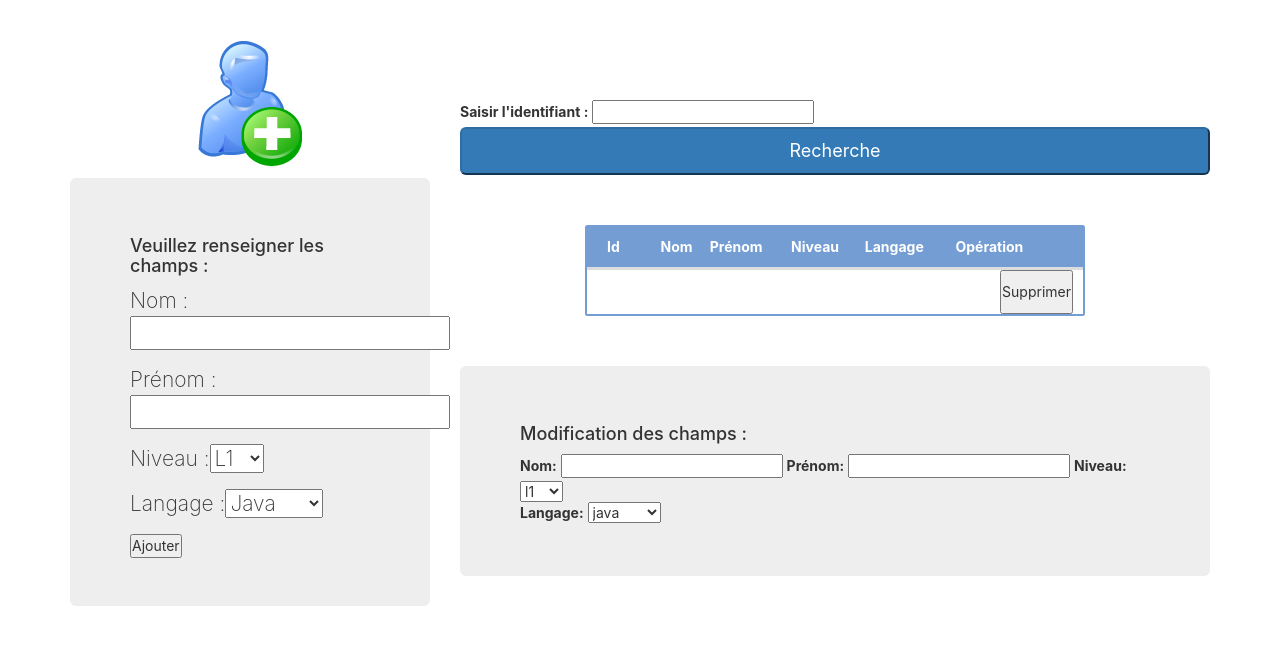
Repository: imouahrani/Gestion-des-stagiaires_JAVAEE
Page: http://localhost/Espace_Stagiaire/TraiteAjout
These files come from the project's save history. The page is drawn as it stood at one moment and after the next save; the edit follows.
The browser window is 1280 px wide. The pictures show the whole page.
The page is served by Tomcat 9. Other server files are loaded and not shown. Queries for data that is not in the repository find no rows.

Above is the page before, as saved 2018-07-26 14:02:07.

### Formation Java Entreprise Edition/Espace Stagiaire/WebContent/AjoutStagiaire.jsp
<%@page import="dz.espacestagiaire.bean.Stagiaire"%>
<%@page import="dz.espacestagiaire.servlet.TraiteStagiaire"%>
<%@page import="java.util.List"%>
<%@ page language="java" contentType="text/html; charset=UTF-8"
	pageEncoding="UTF-8"%>
<!DOCTYPE html PUBLIC "-//W3C//DTD HTML 4.01 Transitional//EN" "http://www.w3.org/TR/html4/loose.dtd">

<html lang="en">
<head>
<meta http-equiv="X-UA-Compatible" content="IE=edge">
<meta name="viewport" content="width=device-width, initial-scale=1">
<!-- The above 3 meta tags *must* come first in the head; any other head content must come *after* these tags -->
<title>Bootstrap 101 Template</title>

<!-- Bootstrap -->
<link href="Assets/css/bootstrap.min.css" rel="stylesheet">
<link href="Assets/css/extable.css" rel="stylesheet">
<!-- HTML5 shim and Respond.js for IE8 support of HTML5 elements and media queries -->
<!-- WARNING: Respond.js doesn't work if you view the page via file:// -->
<!--[if lt IE 9]>
      <script src="https://oss.maxcdn.com/html5shiv/3.7.3/html5shiv.min.js"></script>
      <script src="https://oss.maxcdn.com/respond/1.4.2/respond.min.js"></script>
    <![endif]-->
</head>
<body>
	<br>
	<br>
	<div class="container">
		<div class="row">
			<div class="col-md-4">
				<div class="text-center">
					<p>
						<img src="Images/add-user.png">
					</p>
				</div>
				<div class="jumbotron">
					<h4>Veuillez renseigner les champs :</h4>
					<form action="TraiteAjout" method="post">
						<p>
							Nom :<input type="text" name="nomstg" />
						</p>
						<p>
							Prénom :<input type="text" name="prenomstg" />
						</p>
						<p>
							Niveau :<select name="niveau">
								<option>L1</option>
								<option>L2</option>
								<option>L3</option>
								<option>M1</option>
								<option>M2</option>
							</select>
						</p>
						<p>
							Langage :<select name="langage">
								<option>Java</option>
								<option>Android</option>
								<option>Java EE</option>
							</select>
						</p>
						<input type="submit" value="Ajouter" name="ajouter" />
					</form>

				</div>
			</div>
			<div class="col-md-8">
				<br> <br> <br>
				<form action="TraiteRecherche" method="post">
					<label>Saisir l'identifiant : </label> <input type="number"
						name="recherche" />
					<button class="btn-lg btn-primary btn-block" type="submit"
						name="rechercher" value="rechercher">Recherche</button>
					<table>
						<thead>
							<tr>
								<th>Id</th>
								<th>Nom</th>
								<th>Prénom</th>
								<th>Niveau</th>
								<th>Langage</th>
								<th>Opération</th>
							</tr>
						</thead>
						<tbody>
							<tr>
								<%
									Stagiaire stg = (Stagiaire) request.getAttribute("i");
								%>
								<td>${i.idstg }</td>
								<td>${i.nomstg }</td>
								<td>${i.prenomstg }</td>
								<td>${i.niveau }</td>
								<td>${i.langage }</td>


								<td>

									<form action="TraiteRecherche" method="post">

										<input type="hidden" name="idstg" value="${i.idstg }">
										<input type="hidden" name="supprimer" value="supprimer">





									</form> <input type="submit" name="supprimer" value="Supprimer" />
								</td>
							</tr>
						</tbody>
					</table>
				</form>

				<div class="jumbotron">
					<h4>Modification des champs :</h4>
					<form action="TraiteRecherche" method="post">


						<label>Nom:</label> <input type="text" name="nomstg" value="${i.nomstg}"> <label>Prénom:</label>
						<input type="text" name="prenomstg" value ="${i.prenomstg }">


						<label>Niveau:</label>
						<select name ="niveau">
						<option>l1</option>
						<option>l2</option>
						<option>l3</option>
						<option>m1</option>
						<option>m2</option>





						</select><br>


						 <label>Langage:</label>
						<select type="text" name="langage">
						<option>java</option>
						<option>android</option>
						<option>javaee</option>
						</select>





					</form>


				</div>
			</div>
		</div>
	</div>

	<!-- jQuery (necessary for Bootstrap's JavaScript plugins) -->
	<script
		src="https://ajax.googleapis.com/ajax/libs/jquery/1.12.4/jquery.min.js"></script>
	<!-- Include all compiled plugins (below), or include individual files as needed -->
	<script src="Assets/js/bootstrap.min.js"></script>
</body>
</html>

### Formation Java Entreprise Edition/Espace Stagiaire/src/dz/espacestagiaire/servlet/TraiteAjout.java
package dz.espacestagiaire.servlet;
import dz.espacestagiaire.modele.*;


import java.io.IOException;

import javax.servlet.ServletException;
import javax.servlet.http.HttpServlet;
import javax.servlet.http.HttpServletRequest;
import javax.servlet.http.HttpServletResponse;

import dz.espacestagiaire.bean.Stagiaire;
import dz.espacestagiaire.modele.MajStagiaire;

public class TraiteAjout extends HttpServlet {

	@Override
	protected void doGet(HttpServletRequest req, HttpServletResponse resp)
			throws ServletException, IOException {

		String nom, prenom, niveau, langage;
		nom = req.getParameter("nomstg");
		prenom = req.getParameter("prenomstg");
		niveau = req.getParameter("niveau");
		langage = req.getParameter("langage");

		Stagiaire stg = new Stagiaire();
		stg.setNomstg(nom);
		stg.setPrenomstg(prenom);
		stg.setNiveau(niveau);
		stg.setLangage(langage);
		MajStagiaire ms = new MajStagiaire();
		ms.AjoutStg(stg);


		TraiteStagiaire ts = new TraiteStagiaire();
		req.setAttribute("liste", ts);
		RecupererStagiaire rs = new RecupererStagiaire();
		req.setAttribute("ListeStagiaire", rs.getStagiaires());

		this.getServletContext().getRequestDispatcher("/AjoutStagiaire.jsp").forward(req, resp);




	}
@Override
protected void doPost(HttpServletRequest req, HttpServletResponse resp)
		throws ServletException, IOException {
	doGet(req, resp);
}
}

### Formation Java Entreprise Edition/Espace Stagiaire/src/dz/espacestagiaire/bean/Stagiaire.java
package dz.espacestagiaire.bean;

public class Stagiaire {

	private int idstg;
	private String nomstg, prenomstg, niveau, langage;
	public int getIdstg() {
		return idstg;
	}
	public void setIdstg(int idstg) {
		this.idstg = idstg;
	}
	public String getNomstg() {
		return nomstg;
	}
	public void setNomstg(String nomstg) {
		this.nomstg = nomstg;
	}
	public String getPrenomstg() {
		return prenomstg;
	}
	public void setPrenomstg(String prenomstg) {
		this.prenomstg = prenomstg;
	}
	public String getNiveau() {
		return niveau;
	}
	public void setNiveau(String niveau) {
		this.niveau = niveau;
	}
	public String getLangage() {
		return langage;
	}
	public void setLangage(String langage) {
		this.langage = langage;
	}
	public Stagiaire() {
		super();
		// TODO Auto-generated constructor stub
	}
	public Stagiaire(int idstg, String nomstg, String prenomstg, String niveau,
			String langage) {
		super();
		this.idstg = idstg;
		this.nomstg = nomstg;
		this.prenomstg = prenomstg;
		this.niveau = niveau;
		this.langage = langage;
	}

}

### Formation Java Entreprise Edition/Espace Stagiaire/src/dz/espacestagiaire/modele/MajStagiaire.java
package dz.espacestagiaire.modele;

import dz.espacestagiaire.bean.Stagiaire;
import java.sql.*;

public class MajStagiaire {
	Connecter connect = new Connecter();
	PreparedStatement stat;
	Statement sta;

	public void AjoutStg(Stagiaire stg) {

		String s = "insert into stagiaire(nomstg,prenomstg,niveau,langage) values(?,?,?,?)";
		try {
			stat = connect.connecterbase().prepareStatement(s);
			stat.setString(1, stg.getNomstg());
			stat.setString(2, stg.getPrenomstg());
			stat.setString(3, stg.getNiveau());
			stat.setString(4, stg.getLangage());
			stat.execute();
			System.out.println("ajout réussi");
		} catch (SQLException e) {
			e.printStackTrace();
			System.err.println("échec d'insertion");
		}

	}

	// supprission d'un stagiaire
	public void SupprimerStg(int idstgg) {
		try {
			sta = connect.connecterbase().createStatement();
			sta.executeUpdate("delete from stagiaire where idstg='" + idstgg
					+ "'");
			System.out.println("Supprission réussie!");
		} catch (SQLException e) {
			// TODO Auto-generated catch block
			e.printStackTrace();
			System.err.println("Echec de supprission" + e.getMessage());
		}
	}

	public Stagiaire RechercherStg(int idstgs) {
		Stagiaire stg = new Stagiaire();
		try {
			sta = connect.connecterbase().createStatement();
			ResultSet res = sta
					.executeQuery("select * from stagiaire where idstg='"
							+ idstgs + "'");

			while (res.next()) {
				stg.setIdstg(res.getInt("idstg"));

				stg.setNomstg(res.getString("nomstg"));
				stg.setPrenomstg(res.getString("prenomstg"));
				stg.setNiveau(res.getString("niveau"));
				stg.setLangage(res.getString("langage"));

			}

		} catch (SQLException e) {
			// TODO Auto-generated catch block
			e.printStackTrace();
		}
		return stg;

	}

	public void modifierStagiaire(int id, Stagiaire stg) {
		try {
			sta = connect.connecterbase().createStatement();
			sta.executeUpdate("update stagiaire set nomstg = '" + stg.getNomstg()
					+ "',prenomstg ='" + stg.getPrenomstg() + "',niveau ='"
					+ stg.getNiveau() + "',langage ='" + stg.getLangage()
					+ "' where idstg ='" + id+"'");
			System.out.println("modif reussie !");

		} catch (Exception e) {
			System.err.println("echec !"+e.getMessage());
		}

	}

	public static void main(String[] args) {

		MajStagiaire m = new MajStagiaire();
		Stagiaire stg = new Stagiaire();
		stg.setNomstg("imene") ;
		stg.setPrenomstg("imene");
		stg.setNiveau("l2");
		stg.setLangage("java");
		MajStagiaire ms = new MajStagiaire();
		ms.modifierStagiaire(12, stg);


	}
}

### Formation Java Entreprise Edition/Espace Stagiaire/src/dz/espacestagiaire/modele/Connecter.java
package dz.espacestagiaire.modele;

import java.sql.*;

import dz.espacestagiaire.bean.Stagiaire;

public class Connecter {
	Connection connecte;

	public Connecter() {


		try {

			Class.forName("com.mysql.jdbc.Driver");
			System.out.println("Connexion au serveur réussie");

		} catch (Exception e) {
			System.err.println("echec de connexion" + e.getMessage());
		}

		try {

			connecte = DriverManager.getConnection(
					"jdbc:mysql://localhost:3306/espace_stagiaire", "root", "");
			System.out.println("Connexion a la base réussie");

		} catch (Exception e) {
			System.err.println("echec de connexion a la base de donnees" + e.getMessage());

		}
	}
	public Connection connecterbase() {

		return connecte;

	}

}

### Formation Java Entreprise Edition/Espace Stagiaire/src/dz/espacestagiaire/modele/RecupererStagiaire.java
package dz.espacestagiaire.modele;

import dz.espacestagiaire.bean.Stagiaire;

import java.awt.*;
import java.sql.ResultSet;
import java.sql.SQLException;
import java.util.ArrayList;
import java.util.List;

public class RecupererStagiaire {

	public List<Stagiaire> getStagiaires() {
		List<Stagiaire> listesta = new ArrayList<Stagiaire>();

		java.sql.Statement sta;
		ResultSet resultat;
		Connecter connect = new Connecter();
		try {
			sta = connect.connecterbase().createStatement();
			resultat = sta.executeQuery("select * from stagiaire");
			while (resultat.next()) {

				int idstg = (int) resultat.getObject("idstg");
				String nomstg = (String) resultat.getObject("nomstg");
				String prenomstg = (String) resultat.getObject("prenomstg");
				String niveau = (String) resultat.getObject("niveau");
				String langage = (String) resultat.getObject("langage");

				Stagiaire stg = new Stagiaire();
				stg.setIdstg(idstg);
				stg.setNomstg(nomstg);
				stg.setPrenomstg(prenomstg);
				stg.setNiveau(niveau);
				stg.setLangage(langage);

				listesta.add(stg);

			}

		} catch (SQLException e) {
		}

		return listesta;
	}

}

### Formation Java Entreprise Edition/Espace Stagiaire/WebContent/Assets/css/extable.css
@CHARSET "UTF-8";
* {
  margin: 0;
  padding: 0;
  box-sizing: border-box;
}

body {
  font-family: -apple-system, BlinkMacSystemFont, "Segoe UI", Roboto, "Helvetica Neue", Arial, sans-serif;
  color: #333;

}

table {
  text-align: center;
  line-height: 40px;
  border-collapse: separate;
  border-spacing: 0;
  border: 2px solid #749dd4;
  width: 500px;
  margin: 50px auto;
  border-radius: .25rem;
}

thead tr:first-child {
  background: #749dd4;
  color: #fff;
  border: none;
}

th:first-child,
td:first-child {
  padding: 0 15px 0 20px;
}

thead tr:last-child th {
  border-bottom: 3px solid #ddd;
}

tbody tr:hover {
  background-color: #f2f2f2;
  cursor: default;
}

tbody tr:last-child td {
  border: none;
}

tbody td {
  border-bottom: 1px solid #ddd;
}

td:last-child {
  text-align: right;
  padding-right: 10px;
}

.button {
  color: #aaa;
  cursor: pointer;
  vertical-align: middle;
  margin-top: -4px;
}

.edit:hover {
  color: #0a79df;
}

.delete:hover {
  color: #dc2a2a;
}

Loaded but not shown: Formation Java Entreprise Edition/Espace Stagiaire/WebContent/Assets/css/bootstrap.min.css (library); Formation Java Entreprise Edition/Espace Stagiaire/WebContent/Assets/js/bootstrap.min.js (library)

After the next save:
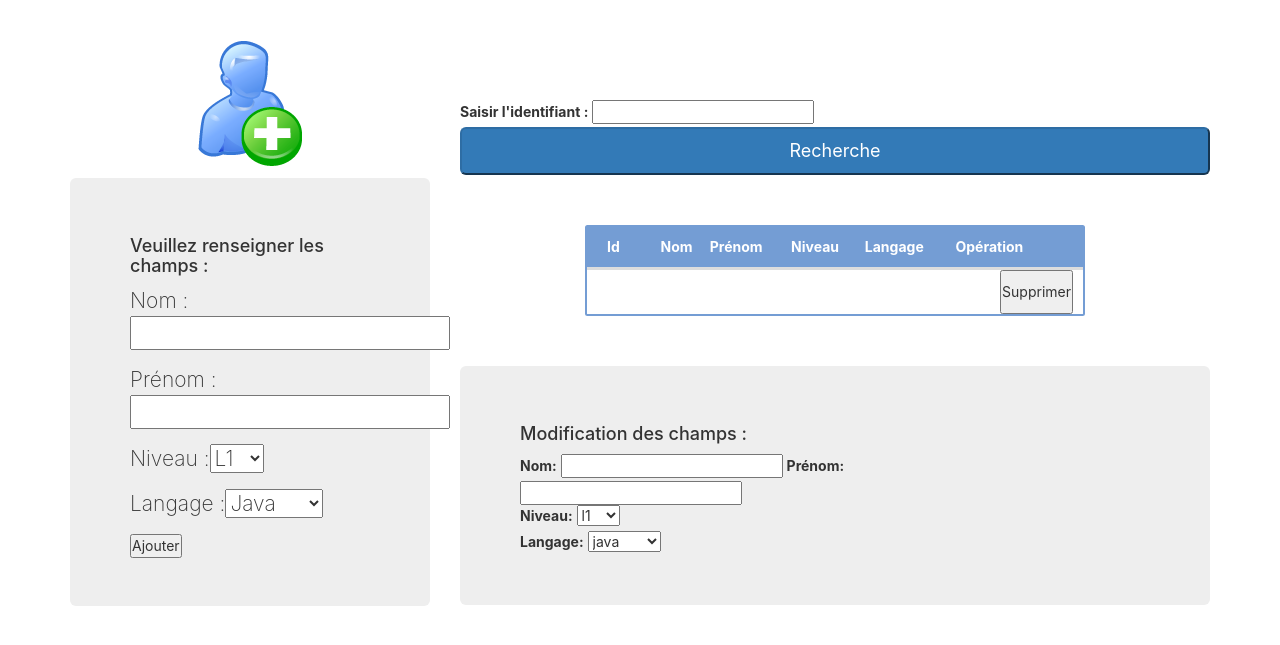
Saved 34 s later.
--- a/Formation Java Entreprise Edition/Espace Stagiaire/WebContent/AjoutStagiaire.jsp
+++ b/Formation Java Entreprise Edition/Espace Stagiaire/WebContent/AjoutStagiaire.jsp
@@ -116,8 +116,8 @@
 					<form action="TraiteRecherche" method="post">
 
 
-						<label>Nom:</label> <input type="text" name="nomstg" value="${i.nomstg}"> <label>Prénom:</label>
-						<input type="text" name="prenomstg" value ="${i.prenomstg }">
+						<label>Nom:</label> <input type="text" name="nomstg" value="${i.nomstg}"> <label>Prénom:</label><br>
+						<input type="text" name="prenomstg" value ="${i.prenomstg }"><br>
 
 
 						<label>Niveau:</label>
@@ -140,7 +140,7 @@
 						<option>java</option>
 						<option>android</option>
 						<option>javaee</option>
-						</select>
+						</select><br>
 
 
 
